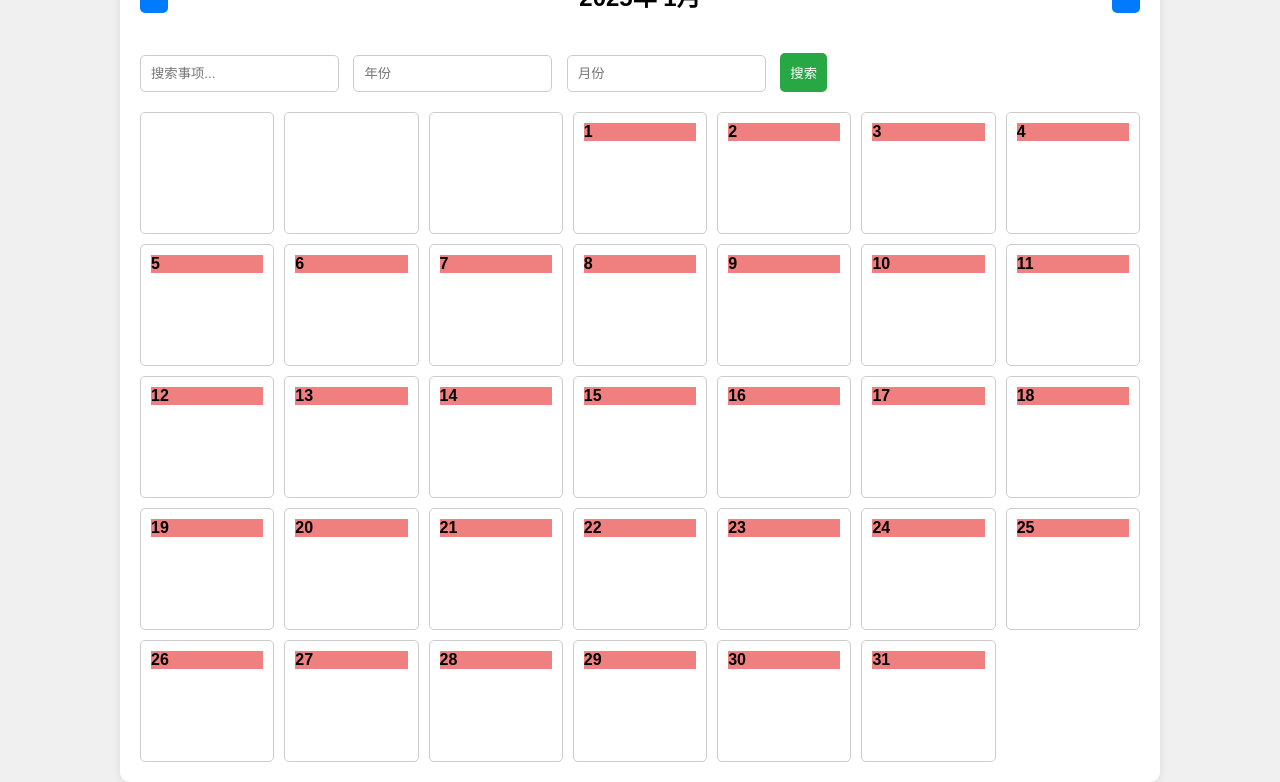
Repository: BUAAZFK/calendar_app
Page: http://localhost/
An editor plug-in stored every save of this project. The page is shown before and after the next save, followed by the edit.
The browser window is 1280 px wide. The pictures show the whole page.
The page is served by the project's application, run on Django 5.2 (manage.py). The database holds what the project's SQL file puts in it.

Above is the page before, as saved 2025-02-02 22:18:56.

After the next save:
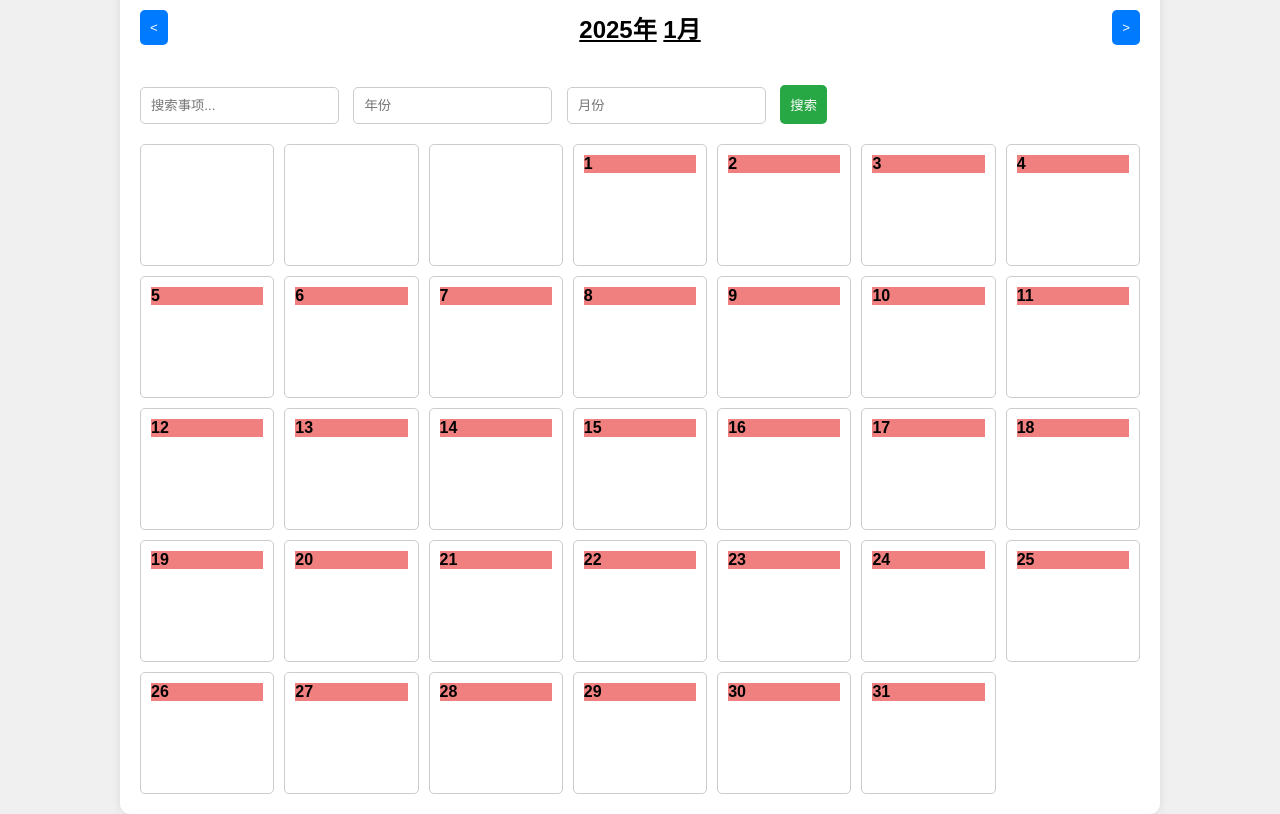
Saved 62 s later.
--- a/static/styles.css
+++ b/static/styles.css
@@ -15,6 +15,7 @@ body {
     border-radius: 10px;
     box-shadow: 0 0 10px rgba(0, 0, 0, 0.1);
     width: 1000px;
+    margin-top: 5%;
 }
 
 .header {
@@ -65,6 +66,7 @@ body {
     display: grid;
     grid-template-columns: repeat(7, 1fr);
     gap: 10px;
+    height: 90%;
 }
 
 .day {
@@ -205,3 +207,33 @@ form button:hover {
 .green {
     background-color: lightgreen;
 }
+
+/* 年份和月份选择器 */
+#year-selector, #month-selector {
+    cursor: pointer;
+    text-decoration: underline;
+}
+
+#year-selector:hover, #month-selector:hover {
+    color: #007bff;
+}
+
+/* 年份和月份选择器模态框 */
+#year-list, #month-list {
+    display: grid;
+    grid-template-columns: repeat(3, 1fr);
+    gap: 10px;
+    padding: 20px;
+}
+
+#year-list div, #month-list div {
+    padding: 10px;
+    text-align: center;
+    border: 1px solid #ccc;
+    border-radius: 5px;
+    cursor: pointer;
+}
+
+#year-list div:hover, #month-list div:hover {
+    background-color: #f0f0f0;
+}
